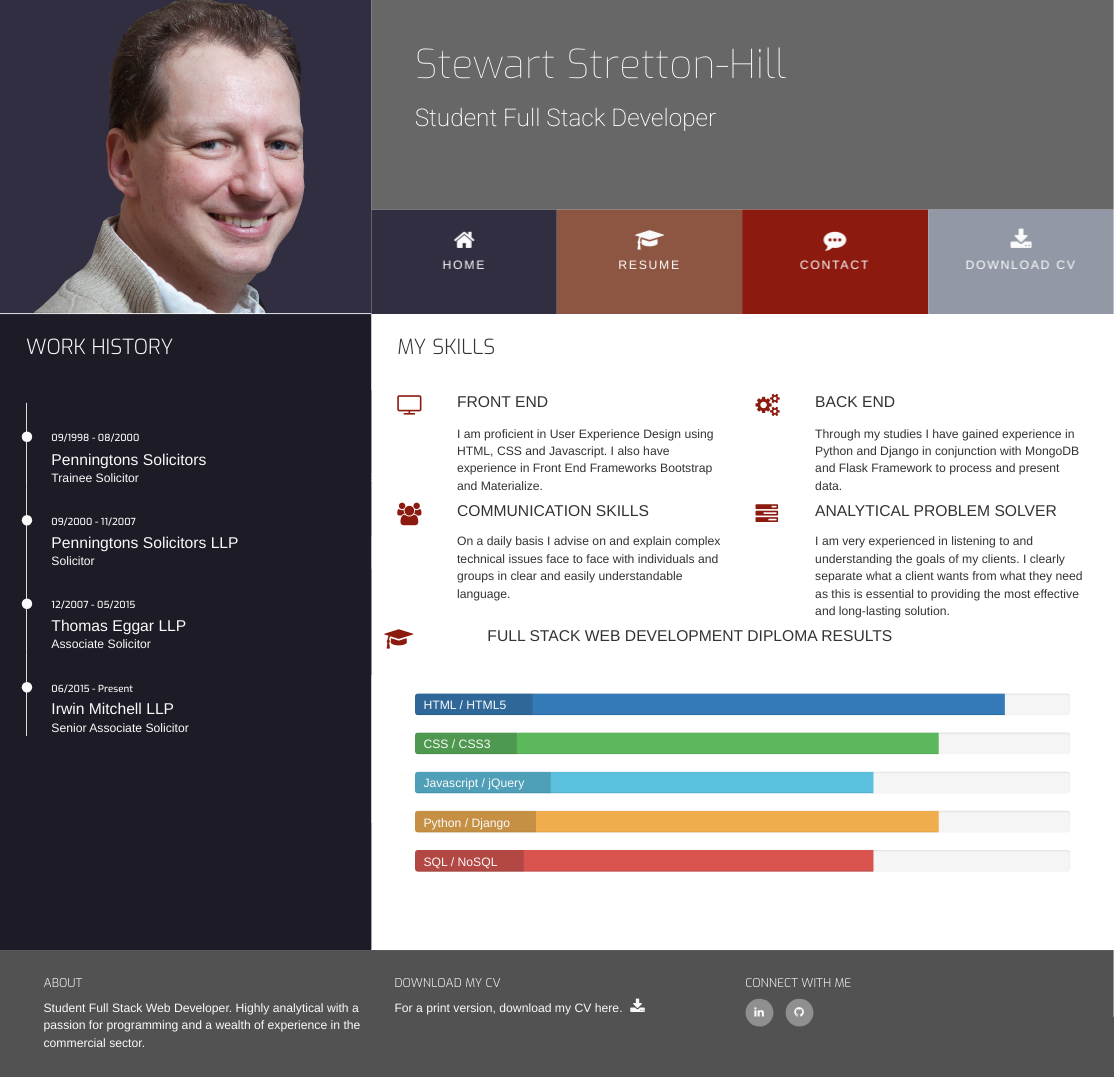
Repository: Shilldon/CV
Page: resume.html
The author's editor kept a record of every edit. The page is drawn from the files as they stood at one moment, then again after the next edit.
The browser window is 1280 px wide. The pictures show the whole page, at 87% of full size.

Above is the page before.

### resume.html
<!DOCTYPE html>
<html lang="en">

<head>
    <link rel="stylesheet" href="https://maxcdn.bootstrapcdn.com/bootstrap/3.3.7/css/bootstrap.min.css" type="text/css" />
    <link rel="stylesheet" href="https://stackpath.bootstrapcdn.com/font-awesome/4.7.0/css/font-awesome.min.css" type="text/css" />
    <link rel="stylesheet" href="https://cdnjs.cloudflare.com/ajax/libs/hover.css/2.3.1/css/hover-min.css" type="text/css" />
    <link rel="stylesheet" href="assets/css/style.css" type="text/css" />
    <meta name="viewport" content="width=device-width, initial-scale-1">
</head>

<body>
    <header class="container-fluid">
        <div class="row">
            <a href="index.html" alt="profile image">
                <div class="col-md-4 logo"></div>
            </a>
            <div class="col-md-8">
                <div class="row bg-color-name-title">
                    <div class="heading">
                        <h1 class="name">Stewart Stretton-Hill</h1>
                        <h2 class="title">Student Full Stack Developer</h2>
                    </div>
                </div>

                <div class="row">
                    <ul id="nav" class="list-inline clearfix">
                        <li class="col-xs-6 col-sm-3 ui-menu-color-home menuitem">
                            <a href="index.html" class="hvr-sweep-to-bottom"><i class="fa fa-home" aria-hidden="true"></i><span>Home</span></a>
                        </li>
                        <li class="col-xs-6 col-sm-3 ui-menu-color-resume menuitem">
                            <a href="resume.html" class="hvr-sweep-to-bottom"><i class="fa fa-graduation-cap" aria-hidden="true"></i><span>Resume</span></a>
                        </li>
                        <li class="col-xs-6 col-sm-3 ui-menu-color-contact menuitem">
                            <a href="contact.html" class="hvr-sweep-to-bottom"><i class="fa fa-commenting" aria-hidden="true"></i><span>Contact</span></a>
                        </li>
                        <li class="col-xs-6 col-sm-3 ui-menu-color-download menuitem">
                            <a href="assets/cv/sample-cv.pdf" target="_blank" class="hvr-sweep-to-bottom"><i class="fa fa-download" aria-hidden="true"></i><span>Download CV</span></a>
                        </li>
                    </ul>
                </div>
            </div>
        </div>
    </header>

    <section class="container-fluid">
        <div class="row row-table">
            <div class="col-xs-12 col-sm-12 col-md-4 bg-color-work-history section-column">
                <div class="row">
                    <div class="col-md-12">
                        <h3 class="history-heading uppercase">Work History</h3>
                    </div>
                </div>

                <div class="history-items">
                    <div class="timeline-item" dates="09/1998 - 08/2000">
                        <h4>Penningtons Solicitors</h4>
                        <p>Trainee Solicitor</p>
                    </div>
                    <div class="timeline-item" dates="09/2000 - 11/2007">
                        <h4>Penningtons Solicitors LLP</h4>
                        <p>Solicitor</p>
                    </div>
                    <div class="timeline-item" dates="12/2007 - 05/2015">
                        <h4>Thomas Eggar LLP</h4>
                        <p>Associate Solicitor</p>
                    </div>
                    <div class="timeline-item" dates="06/2015 - Present">
                        <h4>Irwin Mitchell LLP</h4>
                        <p>Senior Associate Solicitor</p>
                    </div>
                </div>

            </div>
            <div class="col-xs-12 col-sm-12 col-md-8 bg-color-three-reasons section-column">
                <div class="row">
                    <div class="col-md-12">
                        <h3 class="section-heading uppercase">My Skills</h3>
                    </div>
                </div>

                <div class="row">
                    <div class="col-xs-10 col-xs-offset-1 col-sm-offset-0 col-sm-4 col-md-6">
                        <div class="row">
                            <div class="col-xs-2 col-sm-2 col-md-2">
                                <i class="three-reasons-icon fa fa-tv" aria-hidden="true"></i>
                            </div>
                            <div class="col-xs-10 col-sm-10 ">
                                <h4 class="three-reasons-heading uppercase">Front End</h4>
                                <p>
                                    I am proficient in User Experience Design using HTML, CSS and Javascript. I also have experience in Front End Frameworks Bootstrap and Materialize.
                                </p>
                            </div>
                        </div>
                    </div>
                    <div class="col-xs-10 col-xs-offset-1 col-sm-offset-0 col-sm-4 col-md-6">
                        <div class="row">
                            <div class="col-xs-2 col-sm-2 col-md-2">
                                <i class="three-reasons-icon fa fa-gears" aria-hidden="true"></i>
                            </div>
                            <div class="col-xs-10 col-sm-10 ">
                                <h4 class="three-reasons-heading uppercase">Back End</h4>
                                <p>
                                    Through my studies I have gained experience in Python and Django in conjunction with MongoDB and Flask Framework to process and present data.</p>
                            </div>
                        </div>
                    </div>
                </div>
                <div class="row">
                    <div class="col-xs-10 col-xs-offset-1 col-sm-offset-0 col-sm-4 col-md-6">
                        <div class="row">
                            <div class="col-xs-2 col-sm-2 col-md-2">
                                <i class="three-reasons-icon fa fa-users" aria-hidden="true"></i>
                            </div>
                            <div class="col-xs-10 col-sm-10 ">
                                <h4 class="three-reasons-heading uppercase">Communication Skills</h4>
                                <p>
                                    On a daily basis I advise on and explain complex technical issues face to face with individuals and groups in clear and easily understandable language.
                                </p>
                            </div>
                        </div>
                    </div>
                    <div class="col-xs-10 col-xs-offset-1 col-sm-offset-0 col-sm-4 col-md-6">
                        <div class="row">
                            <div class="col-xs-2 col-sm-2 col-md-2">
                                <i class="three-reasons-icon fa fa-tasks" aria-hidden="true"></i>
                            </div>
                            <div class="col-xs-10 col-sm-10 ">
                                <h4 class="three-reasons-heading uppercase">Analytical Problem Solver</h4>
                                <p>
                                    I am very experienced in listening to and understanding the goals of my clients. I clearly separate what a client wants from what they need as this is essential to providing the most effective and long-lasting solution.
                                </p>
                            </div>
                        </div>
                    </div>
                    <div class="row">
                        <div class="col-xs-10 col-xs-offset-1 col-sm-offset-0 col-sm-10 col-md-10">

                            <div class="row">
                                <div class="col-xs-2 col-sm-2 col-md-2">
                                    <i class="three-reasons-icon fa fa-graduation-cap" aria-hidden="true"></i>
                                </div>
                                <div class="col-xs-10 col-sm-10">
                                    <h4 class="three-reasons-heading uppercase">Full Stack Web Development Diploma Results</h4>
                                </div>
                            </div>
                        </div>
                    </div>
                </div>
                <div class="progress-section row">
                    <div class="progress">
                        <div class="progress-bar" role="progressbar" aria-valuenow="90" aria-valuemin="0" aria-valuemax="100" style="width:90%">
                            <span class="sr-only"> 90% </span>
                            <!-- screen reader only - sr-only -->
                        </div>
                        <span class="progress-type">HTML / HTML5</span>
                    </div>
                    <div class="progress">
                        <div class="progress-bar progress-bar-success" role="progressbar" aria-valuenow="80" aria-valuemin="0" aria-valuemax="100" style="width:80%">
                            <span class="sr-only"> 80% </span>
                            <!-- screen reader only - sr-only -->
                        </div>
                        <span class="progress-type">CSS / CSS3</span>
                    </div>
                    <div class="progress">
                        <div class="progress-bar progress-bar-info" role="progressbar" aria-valuenow="70" aria-valuemin="0" aria-valuemax="100" style="width:70%">
                            <span class="sr-only"> 70% </span>
                            <!-- screen reader only - sr-only -->
                        </div>
                        <span class="progress-type">Javascript / jQuery</span>
                    </div>
                    <div class="progress">
                        <div class="progress-bar progress-bar-warning" role="progressbar" aria-valuenow="80" aria-valuemin="0" aria-valuemax="100" style="width:80%">
                            <span class="sr-only"> 80% </span>
                            <!-- screen reader only - sr-only -->
                        </div>
                        <span class="progress-type">Python / Django</span>
                    </div>
                    <div class="progress">
                        <div class="progress-bar progress-bar-danger" role="progressbar" aria-valuenow="70" aria-valuemin="0" aria-valuemax="100" style="width:70%">
                            <span class="sr-only"> 70% </span>
                            <!-- screen reader only - sr-only -->
                        </div>
                        <span class="progress-type">SQL / NoSQL</span>
                    </div>

                </div>
            </div>
        </div>
    </section>

    <footer class="container-fluid">
        <div id="footer-details" class="row">
            <div class="col-sm-4">
                <h5 class="uppercase general-sub">About</h5>
                <p class="inline-block">
                    Student Full Stack Web Developer. Highly analytical with a passion for programming and a wealth of experience in the commercial sector.
                </p>
            </div>
            <div class="col-sm-4">
                <h5 class="uppercase general-sub">Download My CV</h5>
                <p class="inline-block">
                    For a print version, download my CV here.
                    <a href="assets/cv/sample-cv.pdf" target="_blank" class="cv-pdf"><i class="fa fa-download" aria-hidden="true"></i></a>
                </p>
            </div>
            <div class="col-sm-4">
                <h5 class="uppercase general-sub">Connect with me</h5>
                <ul class="list-inline social-links">
                    <li><a target=".blank" href="https://www.linkedin.com/in/stewartstrettonhill/"><i class="fa fa-linkedin"></i></a></li>
                    <li><a target="_blank" href="https://github.com/Shilldon/"><i class="fa fa-github" aria-hidden="true"></i></i></a></li>
                </ul>
            </div>
        </div>

    </footer>
</body>

</html>

### assets/css/style.css
@import url('https://fonts.googleapis.com/css?family=Roboto:100,200,300,400,500,600,700|Exo:100,200,300,400,500,600,700');

/*-------------------------------------------Colors*/

.bg-color-name-title {
    background-color: #676767;
}

.bg-color-three-reasons {
    background-color: #ffffff;
}

.bg-color-personal-info {
    background-color: #f4f4f4;
}

.bg-color-work-history {
    background-color: rgb(29, 28, 38);
}

.bg-color-contact {
    background-color: #ffffff;
}

.ui-menu-color-home {
    background-color: #302E40;
}

.ui-menu-color-resume {
    background-color: #8C5642;
}

.ui-menu-color-contact {
    background-color: #8C1A0F;
}

.ui-menu-color-download {
    background-color: #9298A6;
}


/*-------------------------------------------Special Padding/Margins/Text*/

h1,
h2,
h3,
h4 {
    margin: 0;
}

.uppercase {
    text-transform: uppercase;
}

.general-sub {
    font-family: "Exo", sans-serif;
    font-weight: 300;
    color: #fafafa;
}

.inline-block {
    display: inline-block;
}

.row-table {
    display: table;
}

.history-heading,
.section-heading {
    font-family: "Exo", sans-serif;
    font-weight: 300;
    margin-top: 25px;
    margin-bottom: 40px;
}

/*-------------------------------------------Heading*/

header {
    margin: 0;
}

.heading {
    margin-left: 50px;
}

.logo {
    background: url("../images/headshot.jpg");
    background-position: center;
    background-repeat: no-repeat;
    background-size: cover;
    min-height: 360px;
    transition: all .5s ease-in-out;
    -moz-transition: all .5s ease-in-out;
    -webkit-transition: all .5s ease-in-out;
}

.name {
    font-family: "Exo", sans-serif;
    font-weight: 100;
    font-size: 46px;
    margin-top: 50px;
    color: #ffffff;
}

.title {
    font-family: "Roboto", sans-serif;
    font-weight: 200;
    font-size: 28px;
    margin-top: 20px;
    margin-bottom: 90px;
    color: #ffffff;
}

#nav {
    margin: 0;
}

#nav li {
    padding: 0;
}

.menuitem {
    height: 120px;
    text-align: center;
    padding: 0;
}

.menuitem a {
    width: 100%;
    text-decoration: none;
    color: #ffffff;
    height: 120px;
}

.menuitem a i {
    padding-top: 22px;
    display: block;
    color: #fafafa;
    font-size: 26px;
}

.menuitem span {
    display: block;
    width: 100%;
    padding-top: 5px;
    text-align: center;
    text-transform: uppercase;
    font-size: 14px;
    font-weight: 300;
    letter-spacing: 2px;
}

/*-------------------------------------------Hover.css*/

.hvr-sweep-to-bottom:before {
    background: rgba(0, 0, 0, 0.2);
    height: 120px;
}


/*-------------------------------------------Footer*/

footer {
    background-color: #525252;
    color: #fafafa;
    min-height: 120px;
    margin: 0;
}

footer .cv-pdf i {
    color: #fafafa;
    text-align: center;
    font-size: 18px;
    padding-left: 5px;
}

footer .cv-pdf i:hover {
    color: #e84610;
    transition: all 0.35s ease-in-out;
    -moz-transition: all 0.35s ease-in-out;
    -webkit-transition: all 0.35s ease-in-out;
    -o-transition: all 0.35s ease-in-out;
}

.social-links {
    padding-bottom: 15px;
}

.social-links li a i {
    width: 32px;
    height: 32px;
    padding: 12px 0;
    border-radius: 50%;
    font-size: 13px;
    line-height: 7px;
    text-align: center;
    color: #fafafa;
    background: #8f8f8f;
    transition: all 0.35s ease-in-out;
    -moz-transition: all 0.35s ease-in-out;
    -webkit-transition: all 0.35s ease-in-out;
    -o-transition: all 0.35s ease-in-out;

}

.social-links li a i:hover {
    background: #8C1A0F;

}

#footer-details {
    margin: 20px;
}


/*-------------------------------------------Three Reasons*/

.three-reasons-icon {
    font-size: 26px;
    color: #8C1A0F;

}

.three-reasons-heading {
    margin-bottom: 15px;

}


/*-------------------------------------------Personal Info*/

.personal-info-item {
    margin-bottom: 20px;
    display: block;
    clear: both;

}

.personal-info-item .key,
.personal-info-item .value {
    padding-right: 8px;
}

.personal-info-item .key p,
.personal-info-item .value p {
    margin: 0;
}

.personal-info-item .key {
    display: inline-block;
    width: 30%;
    margin-right: 21px;
    padding-top: 2px;
    vertical-align: top;
}

.personal-info-item .key p {
    font-weight: 700;
}

.personal-info-item .value {
    display: inline-block;
    position: relative;
    width: 60%;
}

/*-------------------------------------------Skills*/

.progress {
    position: relative;
    height: 25px;
}

.progress-type {
    position: absolute;
    /*so text will sit on the progress bar */
    left: 0px;
    font-weight: 400;
    padding: 3px 30px 2px 10px;
    color: #fafafa;
    background-color: rgba(25, 25, 25, 0.2);
}

.progress-section {
    margin: 40px 20px;
}

/*-------------------------------------------Work History*/

.timeline-item {
    padding: 4em 2em 0em 2em;
    position: relative;
    color: #fafafa;
    border-left: 1px solid;
}

.timeline-item p {
    padding: 0;
    margin: 0;

}



.timeline-item::before {
    /*before is a pseudo element */
    content: attr(dates);
    /*search for attribute called dates and display value assocaited with that dates key */
    /*content - i.e. put in whatever the value of content is */
    position: absolute;
    left: 2.5em;
    top: 3em;
    display: block;
    font-family: "Exo", sans-serif;
    font-weight: 500;
    font-size: 0.8em;
    padding: 0;
    margin: 0;

}

.timeline-item::after {
    width: 12px;
    height: 12px;
    display: block;
    top: 2.4em;
    position: absolute;
    left: -6px;
    border-radius: 12px;
    content: '';
    background: #fafafa;
}


.history-heading {
    color: #fafafa;
    margin-bottom: 50px;
}

.history-items {
    margin-bottom: 30px;
}

/*-------------------------------------------Contact*/

.contact-heading {
    font-family: "Exo", sans-serif;
    font-weight: 300;
    margin-top: 25px;
    margin-bottom: 20px;
}
/*
.center-form {
    padding-top: 10px;
    margin: 0 auto;
    max-width: 70%;
}

button[type="submit"] {
    margin-top: 15px;
    margin-bottom: 20px;
    background-color: #e84610;
    color: #fafafa;
}
*/
.contact-details {
    padding:40px;
}
.contact-details .row {
    padding:20px 20px;
}
/*-------------------------------------------Media Queries*/

@media(min-width: 992px) {
    .section-column {
        padding: 0 30px 30px;
        float: none;
        display: table-cell;
    }

    .center-form {
        padding-top: 30px;
        min-height: 240px;
        margin: 0 auto;
        max-width: 50%;
    }
}

After the next edit:
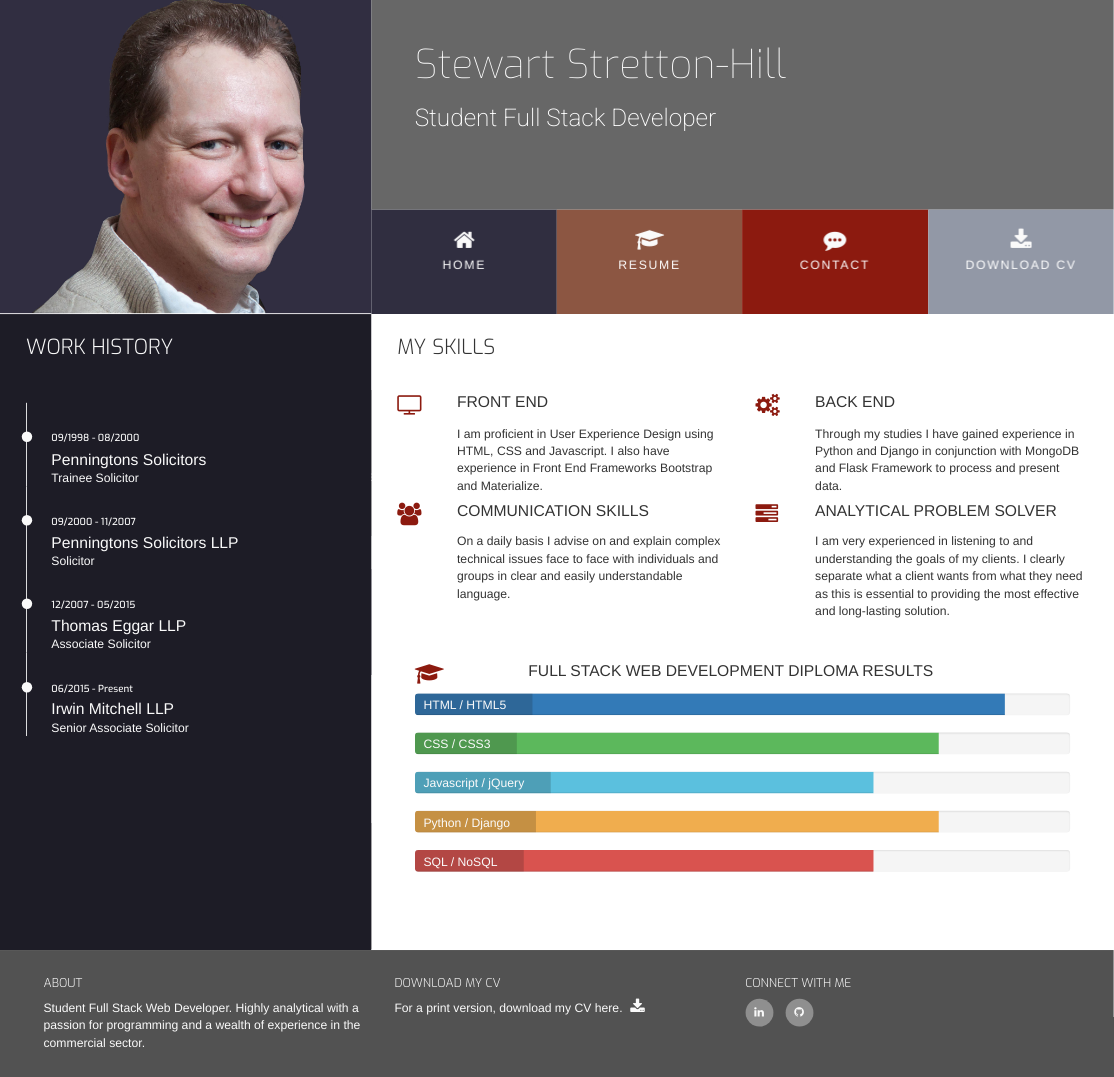
The edit:
--- a/resume.html
+++ b/resume.html
@@ -133,21 +133,17 @@
                             </div>
                         </div>
                     </div>
+                </div>
+                <div class="progress-section row">
                     <div class="row">
-                        <div class="col-xs-10 col-xs-offset-1 col-sm-offset-0 col-sm-10 col-md-10">
-
-                            <div class="row">
-                                <div class="col-xs-2 col-sm-2 col-md-2">
-                                    <i class="three-reasons-icon fa fa-graduation-cap" aria-hidden="true"></i>
-                                </div>
-                                <div class="col-xs-10 col-sm-10">
-                                    <h4 class="three-reasons-heading uppercase">Full Stack Web Development Diploma Results</h4>
-                                </div>
-                            </div>
-                        </div>
-                    </div>
-                </div>
-                <div class="progress-section row">
+                        <div class="col-xs-2 col-sm-2 col-md-2">
+                            <i class="three-reasons-icon fa fa-graduation-cap" aria-hidden="true"></i>
+                        </div>
+                        <div class="col-xs-10 col-sm-10">
+                            <h4 class="three-reasons-heading uppercase">Full Stack Web Development Diploma Results</h4>
+                        </div>
+                    </div>
+
                     <div class="progress">
                         <div class="progress-bar" role="progressbar" aria-valuenow="90" aria-valuemin="0" aria-valuemax="100" style="width:90%">
                             <span class="sr-only"> 90% </span>
